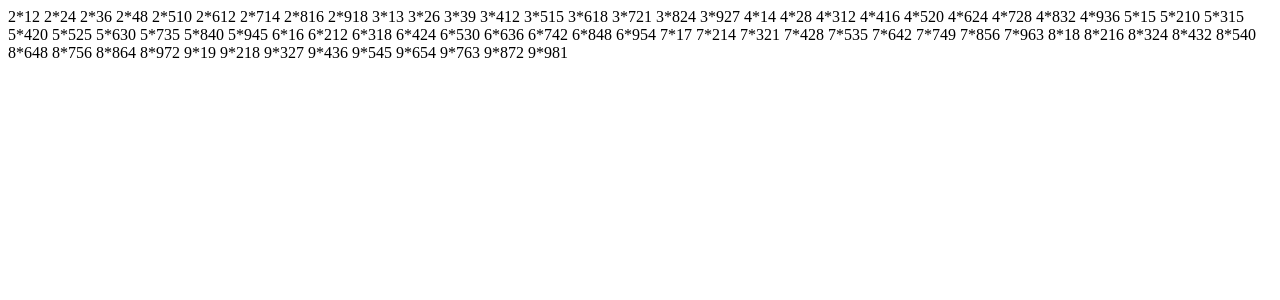
Repository: kkw3202/Jsp2026
Page: http://localhost/chapter01/test02.jsp
The author's editor kept a copy of each file at every save. The page is drawn from the files as they stood at one save, then again after the next save.
The browser window is 1280 px wide. The pictures show the whole page.
The page is served by Tomcat 9.

Above is the page before, as saved 2026-10-16 02:22:15.

### chapter01/src/main/webapp/test02.jsp
<%@ page language="java" contentType="text/html; charset=UTF-8"
    pageEncoding="UTF-8" import="java.util.*"%>
<!DOCTYPE html>
<html>
<head>
<meta charset="UTF-8">
<title>Insert title here</title>
</head>
<body>
	<!-- 구구단 2~9단 모두 출력 -->
	<%
		int row = 2;
		int prt = 0;
		for(int i = row; i<10; i++){
			for(int j = 1; j<10; j++){
				prt = row*j;
	%>
		<%= row + "*" + j + prt %>
	<%
			}
			row++;
		}
	%>
</body>
</html>

After the next save:
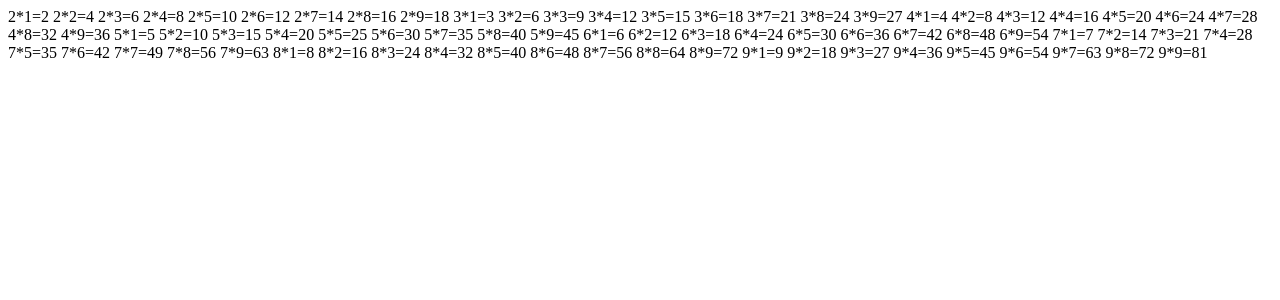
Saved 11 s later.
--- a/chapter01/src/main/webapp/test02.jsp
+++ b/chapter01/src/main/webapp/test02.jsp
@@ -15,7 +15,7 @@
 			for(int j = 1; j<10; j++){
 				prt = row*j;
 	%>
-		<%= row + "*" + j + prt %>
+		<%= row + "*" + j + "=" + prt %>
 	<%
 			}
 			row++;
